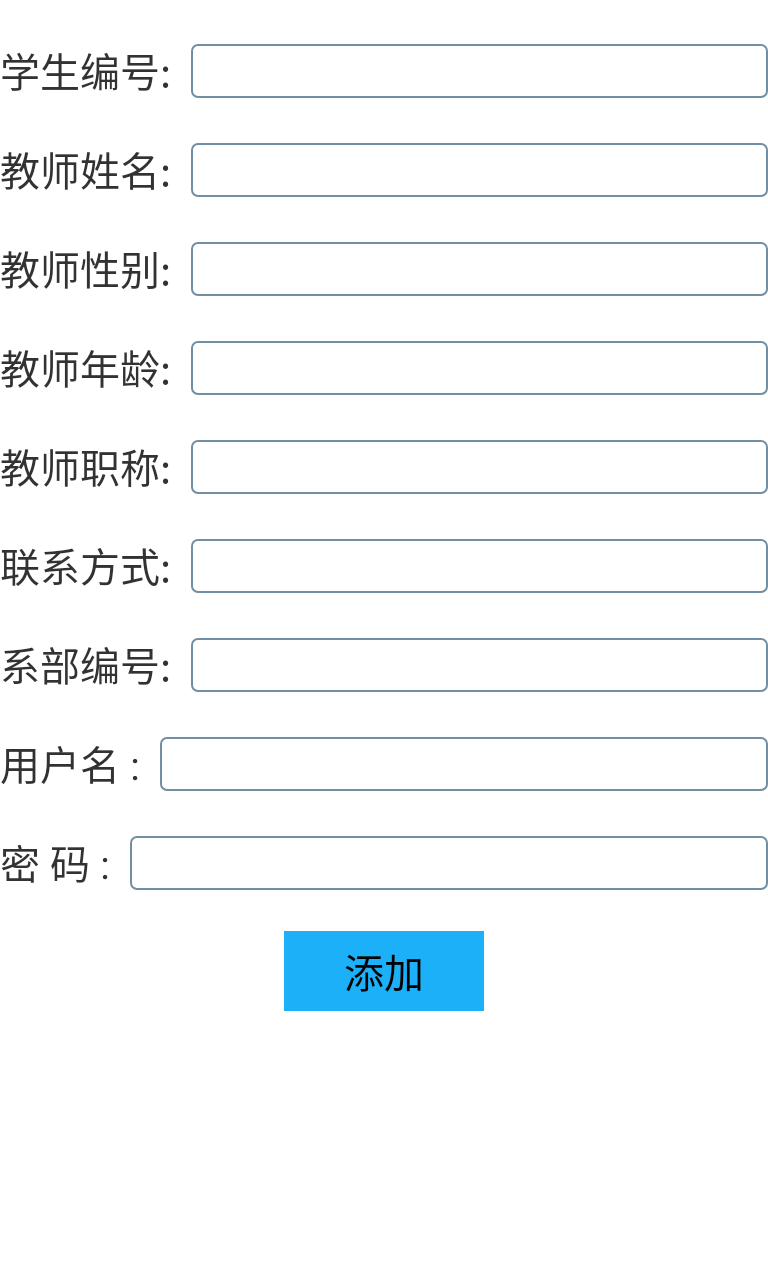
Repository: 15862175370/MyProject
Layout: 毕业设计系统源码_李伟/client/TeachSystem/res/layout/addstudent.xml
An editor plug-in stored every save of this project. The layout is shown before and after the next save, followed by the edit.
It is drawn on a 768 x 1280 px phone screen (xhdpi) without system bars, with theme AppTheme; the app's code is not run.

Above is the layout before, as saved 2016-05-21 05:28:38.

After the next save:
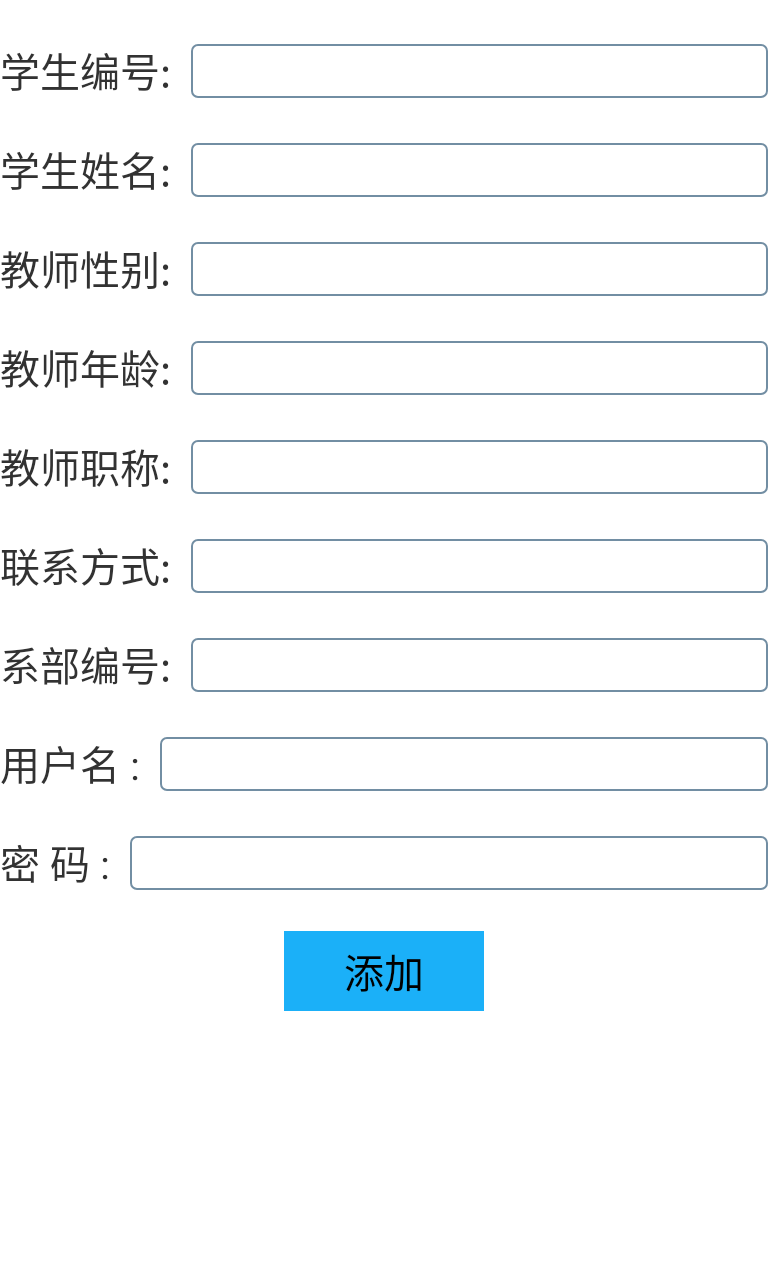
Saved 13 s later.
--- a/毕业设计系统源码_李伟/client/TeachSystem/res/layout/addstudent.xml
+++ b/毕业设计系统源码_李伟/client/TeachSystem/res/layout/addstudent.xml
@@ -43,7 +43,7 @@
          android:layout_width="wrap_content"
          android:layout_height="wrap_content"
          android:textSize="20dp"
-         android:text="教师姓名:"/>
+         android:text="学生姓名:"/>
         <EditText
             android:layout_marginLeft="10dp"
             android:id="@+id/myteacher_tname"
